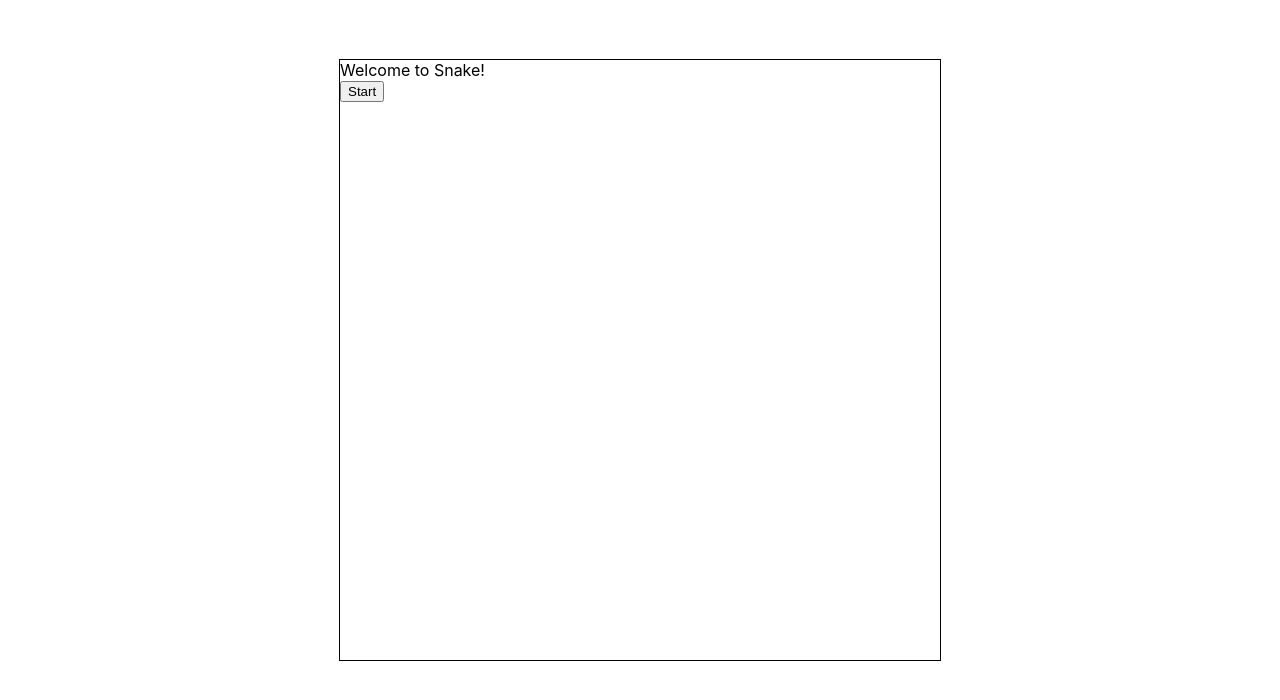
Repository: meills/react-snake
Page: /
The author's editor kept a copy of each file at every save. The page is drawn from the files as they stood at one save, then again after the next save.
The browser window is 1280 px wide. The pictures show the whole page.
The project was rebuilt for these pictures with package versions that can differ from the ones it lists, and the page was loaded fresh each time. Also part of the build but not shown: src/components/Snakeboard.js, src/styles/App.css.

Above is the page before, as saved 2020-06-15 13:33:27.

### src/App.js
import React from 'react';
import Snakeboard from './components/Snakeboard.js';
import Welcome from './components/Welcome.js';
import GameOver from './components/Welcome.js';
import './styles/App.css';
import './styles/snakeboard.css';

const GRID_SIZE = 30;
const TICK_TIME = 100;

class App extends React.Component {
  state = {
    rows: GRID_SIZE,
    cols: GRID_SIZE,
    grid: [],
    food: {},
    snake: {
        head: {},
        tail: [],
    },
    currDir: 'left',
    tickTime: TICK_TIME,
    gameStart: false,
    gameOver: false,
  }


  render() {

    if (this.state.gameStart) {
      return (<div className="snake-container">
                <Snakeboard />
              </div>);
    }

    if (!this.state.gameStart) {
      return (<div className="snake-container">
                <Welcome />
              </div>);
    }

    if (this.state.gameOver) {

    }


  }

}

export default App;

### src/components/Welcome.js
import React from 'react';
import WelcomeMessage from './WelcomeMessage.js'
import StartButton from './StartButton.js'

function Welcome() {
    return(<div className='welcome'>
                <WelcomeMessage />
                <StartButton />
           </div>);
}

export default Welcome;

### src/styles/snakeboard.css
.snake-container {
    width: 100vw;
    height: 100vh;
    display: flex;
    align-items: center;
    justify-content: center;
}

.welcome {
    width: 600px;
    height: 600px;
    outline: 1px solid black;
    display: flex;
    align-items: stretch;
    flex-direction: column;

}

.welcome-message {

}

.start-btn {
}

.grid {
    outline: 1px solid black;
    width: 600px;
    height: 600px;
    margin: auto;
    display: flex;
    flex-direction: row;
    flex-wrap: wrap;
}

.grid-item {
    width: 20px;
    height: 20px;
}

.is-food {
    background-color: red;
}


.snake-head {
    background-color: black;
}

.snake-tail {
    background-color: black;
}

### src/components/WelcomeMessage.js
import React from 'react';

function WelcomeMessage() {
    return(<div className='welcome-message'> Welcome to Snake!
           </div>);
}

export default WelcomeMessage;

### src/components/StartButton.js
import React from 'react';

function StartButton() {
    return(<div className='start-btn'><button type='button'>Start</button></div>);
}

export default StartButton;

Loaded but not shown: public/index.html (common file); src/index.js (common file); src/styles/index.css (common file); src/serviceWorker.js (common file)

After the next save:
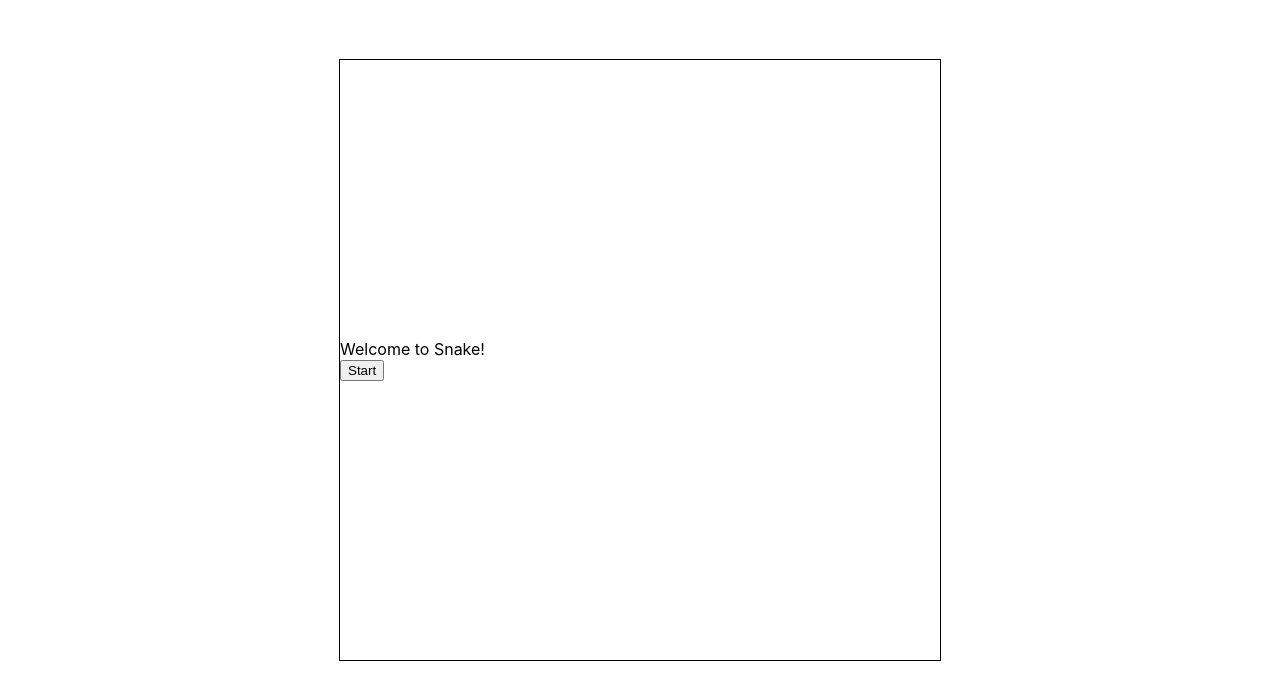
Saved 29 s later.
--- a/src/styles/snakeboard.css
+++ b/src/styles/snakeboard.css
@@ -12,6 +12,7 @@
     outline: 1px solid black;
     display: flex;
     align-items: stretch;
+    justify-content: center;
     flex-direction: column;
 
 }

After the save that followed:
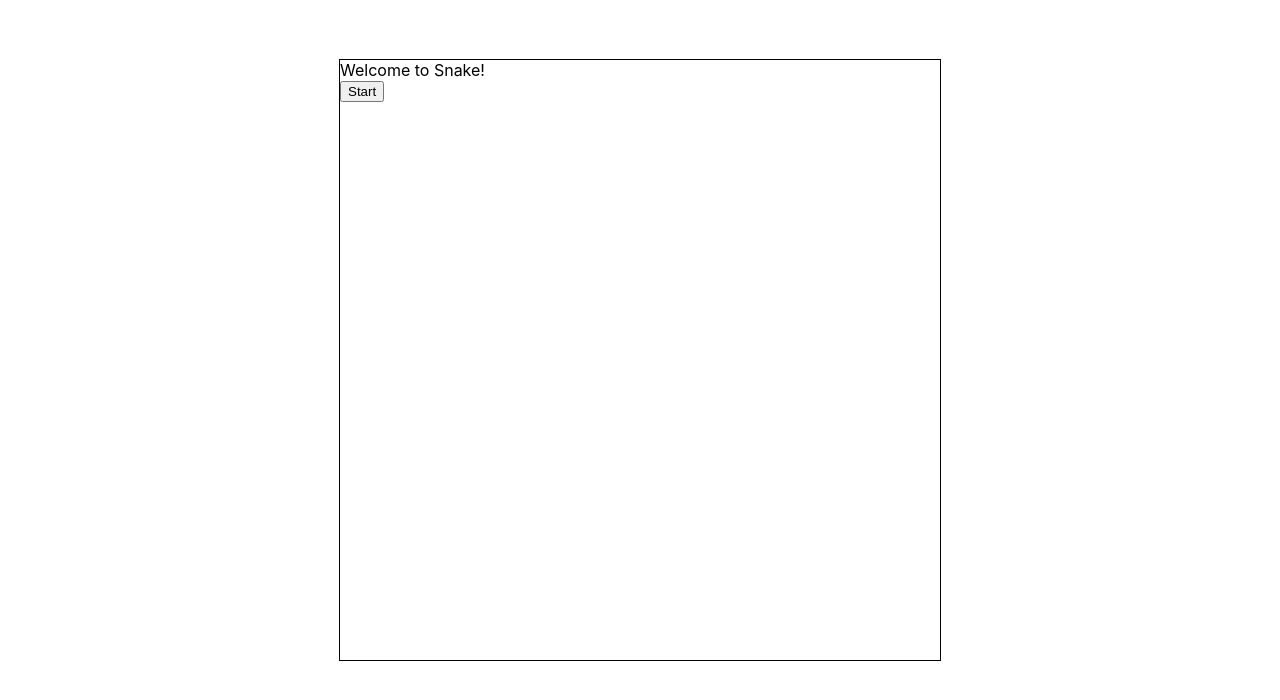
Saved 12 s later.
--- a/src/styles/snakeboard.css
+++ b/src/styles/snakeboard.css
@@ -12,7 +12,7 @@
     outline: 1px solid black;
     display: flex;
     align-items: stretch;
-    justify-content: center;
+    margin: auto;
     flex-direction: column;
 
 }
